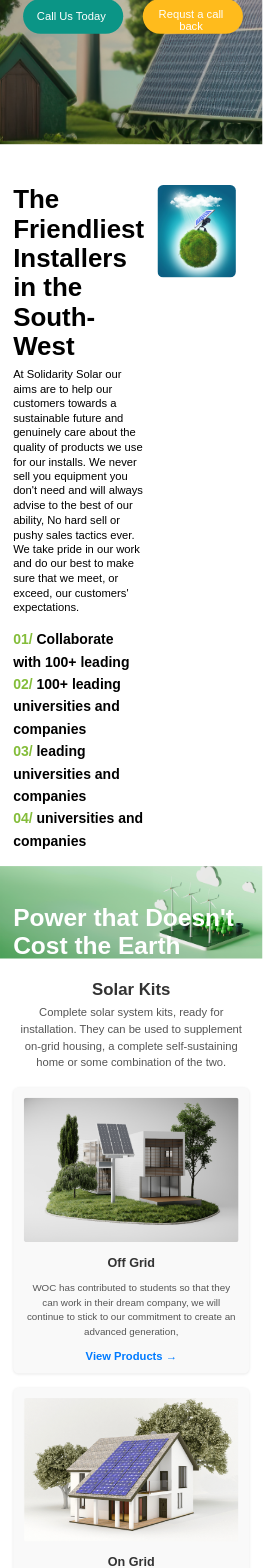
Repository: MaramNabil872/Landing-Page
Page: landingPage.html
The author's editor kept a copy of each file at every save. The page is drawn from the files as they stood at one save, then again after a run of saves.
The browser window is 375 px wide. The pictures show the part of the page from y = 776 to 3016 px (the page is 7208 px tall before and 7051 px after), at 70% of full size.

Above is the page before, as saved 2024-10-22 16:16:15.

After the next 4 saves:
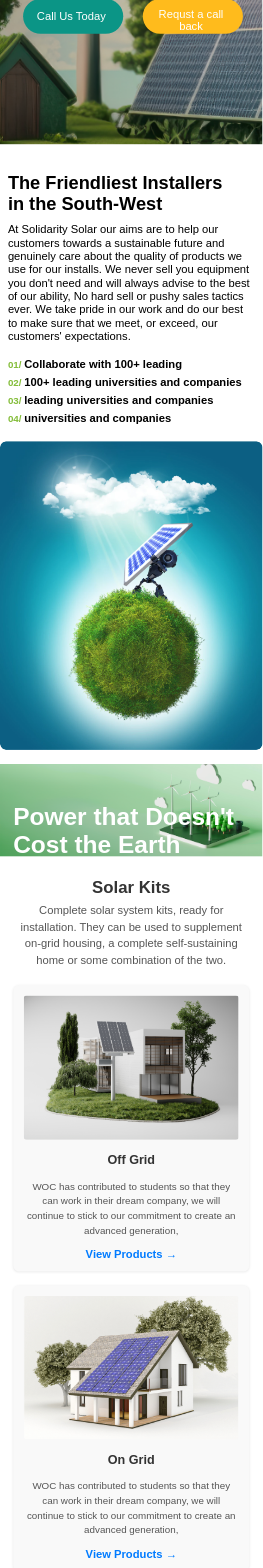
The 4 saves are shown as one change because they came seconds apart.
The last was saved 2 min 57 s later.
--- a/landingPage.css
+++ b/landingPage.css
@@ -148,42 +148,104 @@ body {
     border-radius: 8px;
     max-width: 1200px;
     margin: 20px auto;
-
-
-}
-.title-container1{
+}
+
+.title-container1 {
     font-size: 37px;
     font-weight: bold;
-
-
-}
+}
+
 .text-container1 {
-   flex:1;
-    padding-right:5%;
-padding-left: 5%;}
-.paragraph-container1{
+    flex: 1;
+    padding-right: 5%;
+    padding-left: 5%;
+}
+
+.paragraph-container1 {
     margin-top: 5%;
     line-height: 1.3;
 }
 
-.last-container1{
+.last-container1 {
     font-size: 20px;
     font-weight: bold;
     padding-top: 10%;
     line-height: 1.6;
-    .number-container1{
-        color:#84BD3A;
-        ;
-    }
-}
+}
+
+.number-container1 {
+    color: #84BD3A;
+}
+
 .image-container1 {
-   flex:1
+    flex: 1;
 }
 
 .image-container1 img {
     width: 75%;
     height: auto;
     border-radius: 8px;
+}
+
+/* Media Query for Tablets */
+@media (max-width: 768px) {
+    .container1 {
+        flex-direction: column;
+        padding-top: 5%;
+    }
+
+    .image-container1 {
+        display: flex;
+        justify-content: center;
+        padding-top: 20px;
+    }
+
+    .image-container1 img {
+        width: 90%; /* Make image take more space */
+    }
+
+    .text-container1 {
+        padding-left: 3%;
+        padding-right: 3%;
+    }
+
+    .title-container1 {
+        font-size: 30px; /* Slightly reduce title size */
+    }
+
+    .last-container1 {
+        font-size: 18px;
+    }
+}
+
+/* Media Query for Mobile Devices */
+@media (max-width: 480px) {
+    .container1 {
+        flex-direction: column;
+        padding-top: 5%;
+    }
+
+    .image-container1 img {
+        width: 100%;
+    }
+
+    .title-container1 {
+        font-size: 26px;
+    }
+
+    .paragraph-container1 {
+        margin-top: 3%;
+        line-height: 1.2;
+    }
+
+    .last-container1 {
+        font-size: 16px;
+        padding-top: 5%;
+    }
+
+    .number-container1 {
+        font-size: 14px;
+    }
 }
 
 
